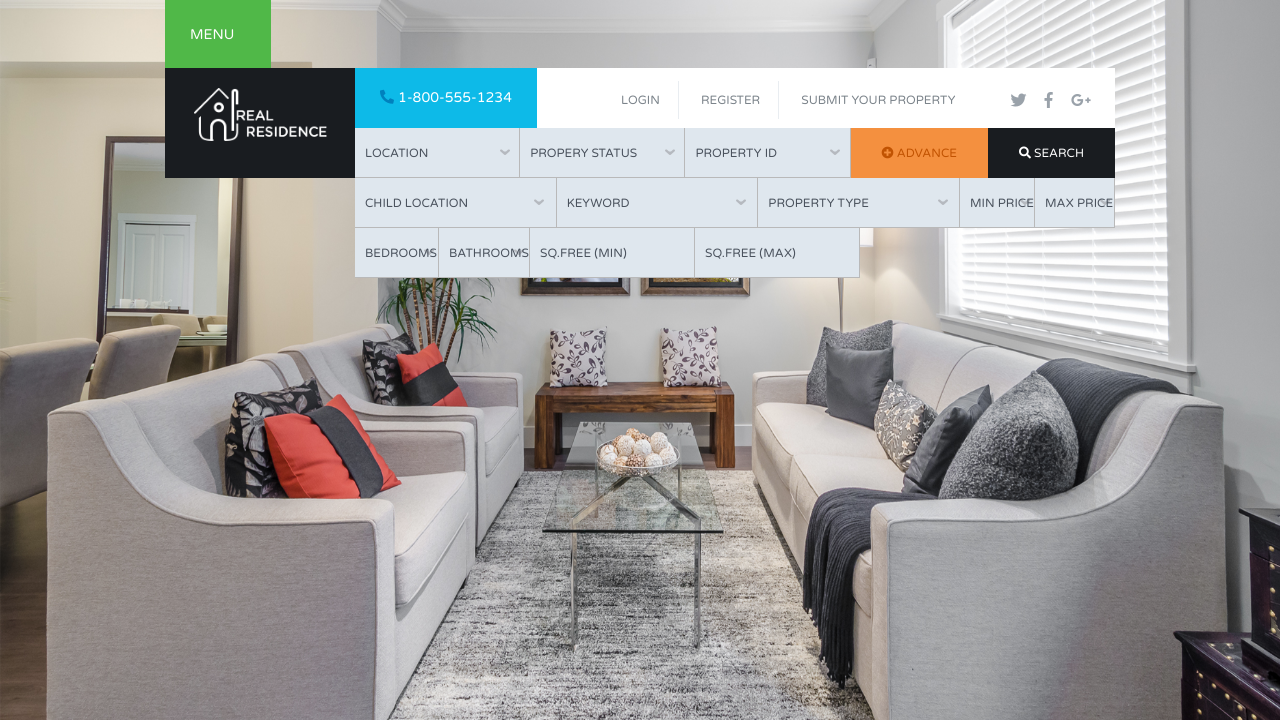
Repository: shuffleaz/psd-htmlcss
Page: index.html
The author's editor kept a copy of each file at every save. The page is drawn from the files as they stood at one save, then again after the next save.
The browser window is 1280 px wide. The pictures show the whole page.

Above is the page before, as saved 2019-02-27 11:06:34.

After the next save:
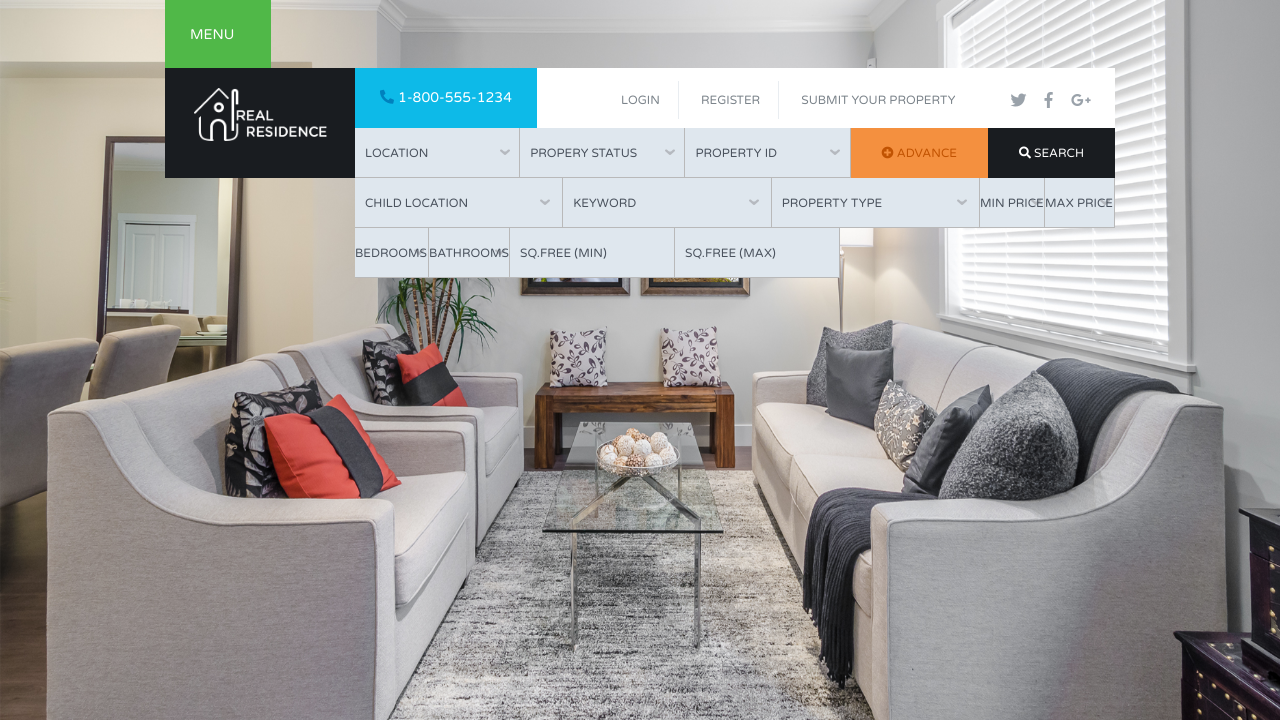
Saved 14 s later.
--- a/assets/css/home.css
+++ b/assets/css/home.css
@@ -315,7 +315,6 @@ header.homepage {
     border:none;
     background-color:transparent;
     outline: none;
-    padding-left:10px;
     -webkit-appearance: none;
     -moz-appearance:none;
 }
